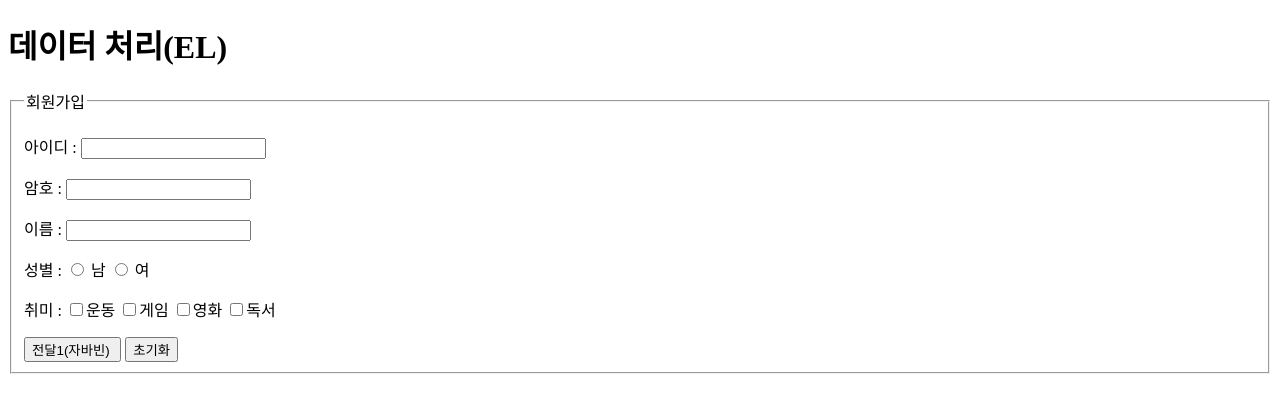
Repository: SeYoung1012/Bitcamp
Page: http://localhost/07_EL_JSTL/EL03_main.jsp
These files come from the project's save history. The page is drawn as it stood at one moment and after the next save; the edit follows.
The browser window is 1280 px wide. The pictures show the whole page.
The page is served by Tomcat 9. Other server files are loaded and not shown.

Above is the page before, as saved 2021-09-29 07:40:26.

### 60_web/07_EL_JSTL/WebContent/EL03_main.jsp
<%@ page language="java" contentType="text/html; charset=UTF-8"
    pageEncoding="UTF-8"%>
<!DOCTYPE html>
<html>
<head>
<meta charset="UTF-8">
<title> 데이터 처리</title>
</head>
<body>
	<h1> 데이터 처리(EL)</h1>
	<form>
		<fieldset>
		<legend> 회원가입</legend>
		<p>아이디 : <input type = "text" name = "id"></p>
		<p>암호 : <input type = "password" name = "pwd"></p>
		<p>이름 : <input type = "text" name ="name"></p>
		<p> 성별 :
			<input type = "radio" name = "gender" value = "M"> 남
			<input type = "radio" name = "gender" value = "F"> 여
		</p>
		<p>취미 :
			<input type = "checkbox" name = "hobby" value = "sport">운동
			<input type = "checkbox" name = "hobby" value = "game">게임
			<input type = "checkbox" name = "hobby" value = "movie">영화
			<input type = "checkbox" name = "hobby" value = "book">독서
		</p>
		<input type = "button" value = "전달1(자바빈) " onclick = "send_go1(this.form)">
		<input type = "reset" value = "초기화">

		</fieldset>
	</form>

<script>
	function send_go1(frm) {
		frm.action = "el03_result01_bean.jsp";
		frm.submit();

	}

</script>



</body>
</html>

After the next save:
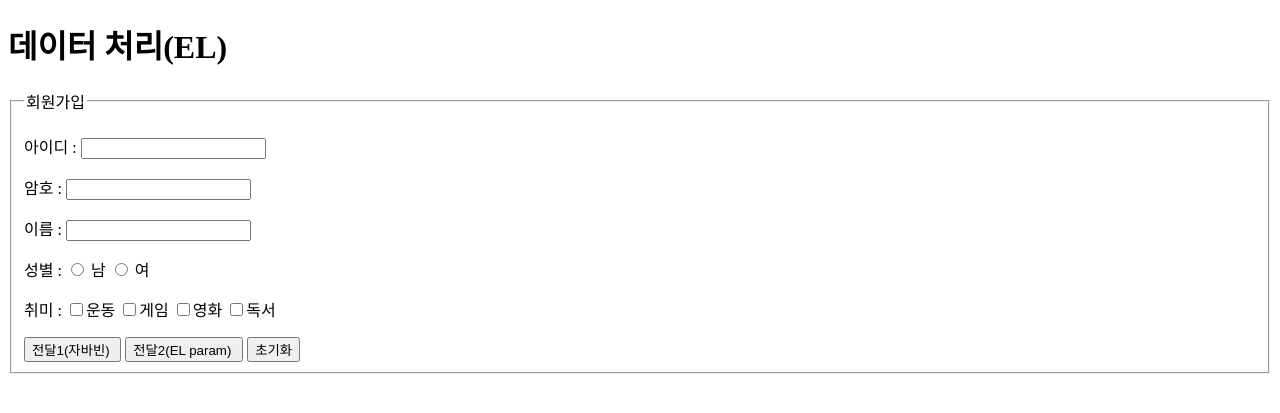
Saved 99 s later.
--- a/60_web/07_EL_JSTL/WebContent/EL03_main.jsp
+++ b/60_web/07_EL_JSTL/WebContent/EL03_main.jsp
@@ -25,6 +25,7 @@
 			<input type = "checkbox" name = "hobby" value = "book">독서
 		</p>
 		<input type = "button" value = "전달1(자바빈) " onclick = "send_go1(this.form)">
+		<input type = "button" value = "전달2(EL param) " onclick = "send_go1(this.form)">
 		<input type = "reset" value = "초기화">
 
 		</fieldset>
